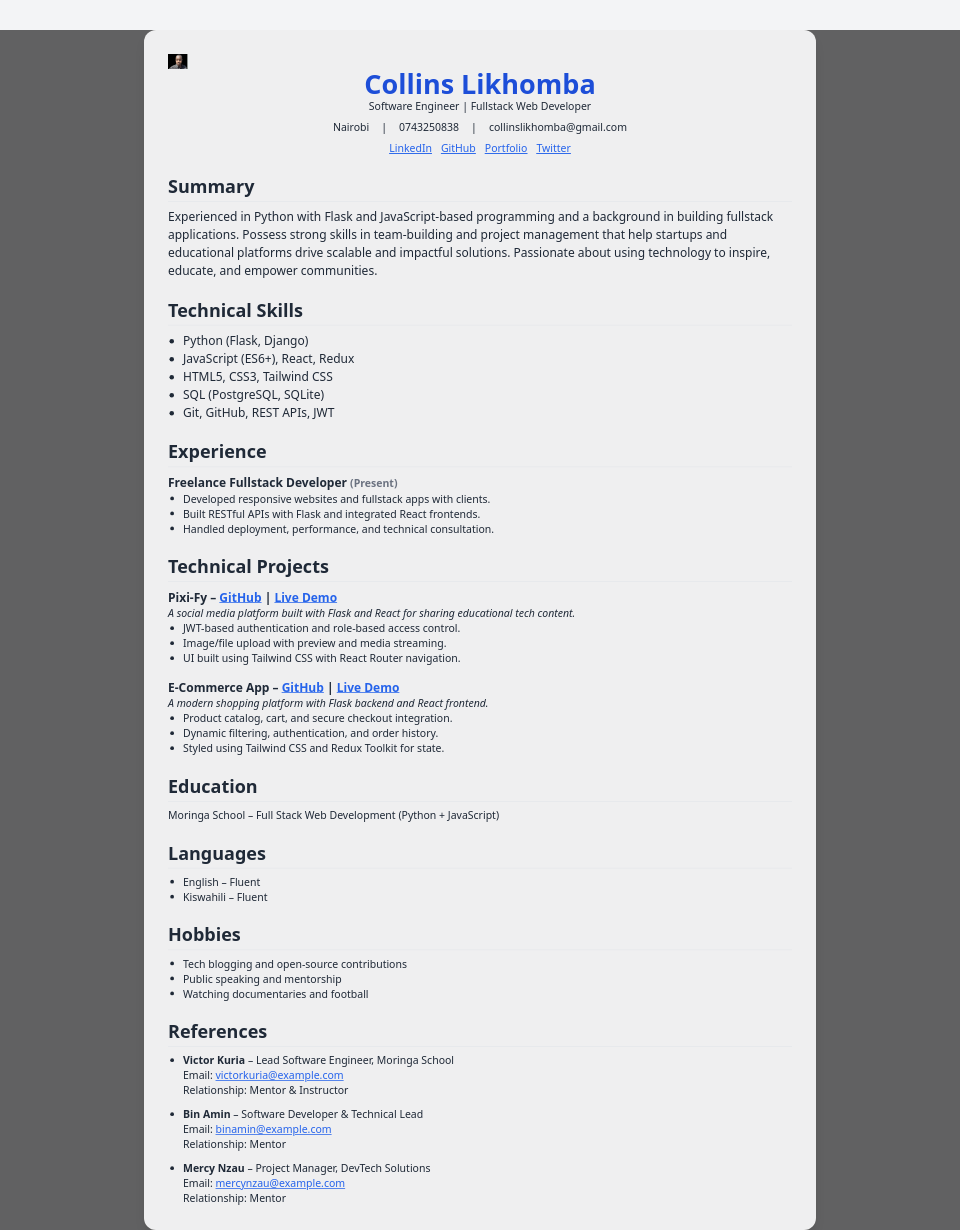
Repository: Engineer-collo/My_Cv
Page: /
The author's editor kept a copy of each file at every save. The page is drawn from the files as they stood at one save, then again after the next save.
The browser window is 1280 px wide. The pictures show the whole page, at 75% of full size.
The project was rebuilt for these pictures with package versions that can differ from the ones it lists, and the page was loaded fresh each time. Also part of the build but not shown: vite.config.js.

Above is the page before, as saved 2025-06-24 17:39:34.

### index.html
<!DOCTYPE html>
<html lang="en">
<head>
  <meta charset="UTF-8">
  <meta name="viewport" content="width=device-width, initial-scale=1.0">
  <title>React Vite Starter</title>
</head>
<body class="bg-gray-100">
  <div id="root"></div>
  <script type="module" src="/src/main.jsx"></script>
</body>
</html>

### src/main.jsx
import React from 'react'
import ReactDOM from 'react-dom/client'
import './index.css'
import App from './App'

ReactDOM.createRoot(document.getElementById('root')).render(
  <React.StrictMode>
    <App />
  </React.StrictMode>,
)

### src/App.jsx
import React from "react";

export default function App() {
  return (
    <div className="min-h-screen relative bg-gray-100 bg-cover bg-center bg-no-repeat">
      {/* Background overlay */}
      <div className="absolute inset-0 bg-black bg-opacity-60"></div>

      {/* Main content container */}
      <div className="relative z-10 max-w-4xl mx-auto bg-white bg-opacity-90 rounded-2xl shadow-lg p-8 mt-10 text-gray-800 font-sans">
        <header className="text-center mb-6">
        <img
            className="h-5 transition-transform duration-300 transform hover:scale-110"
            src="/image.png"
            alt="Call Icon"
          />
          <h1 className="text-4xl font-bold text-blue-700">Collins Likhomba</h1>
          <p className="text-sm">Software Engineer | Fullstack Web Developer</p>

          <div className="flex justify-center mt-2 space-x-4 text-sm">
            <span>Nairobi</span>
            <span>|</span>
            <span>0743250838</span>
            <span>|</span>
            <span>collinslikhomba@gmail.com</span>
          </div>

          <div className="flex justify-center mt-2 flex-wrap gap-3 text-blue-600 underline text-sm">
            <a href="https://www.linkedin.com/in/collins-likhomba-7b364730a/" target="_blank" rel="noreferrer">LinkedIn</a>
            <a href="https://github.com/Engineer-collo?tab=repositories" target="_blank" rel="noreferrer">GitHub</a>
            {/* <a href="https://collinslikhomba.dev/blog" target="_blank" rel="noreferrer">Blog</a> */}
            <a href="https://portfolio-git-main-collins-likhombas-projects.vercel.app/" target="_blank" rel="noreferrer">Portfolio</a>
            {/* <a href="https://web.facebook.com/collins.likhomba.shunza" target="_blank" rel="noreferrer">Facebook</a> */}
            <a href="https://x.com/CollinsLikhomba" target="_blank" rel="noreferrer">Twitter</a>
          </div>
        </header>

        <section className="mb-6">
          <h2 className="text-2xl font-semibold border-b pb-1 mb-2">Summary</h2>
          <p>
            Experienced in Python with Flask and JavaScript-based programming and a background in building fullstack applications. Possess strong skills in team-building and project management that help startups and educational platforms drive scalable and impactful solutions. Passionate about using technology to inspire, educate, and empower communities.
          </p>
        </section>

        <section className="mb-6">
          <h2 className="text-2xl font-semibold border-b pb-1 mb-2">Technical Skills</h2>
          <ul className="list-disc pl-5">
            <li>Python (Flask, Django)</li>
            <li>JavaScript (ES6+), React, Redux</li>
            <li>HTML5, CSS3, Tailwind CSS</li>
            <li>SQL (PostgreSQL, SQLite)</li>
            <li>Git, GitHub, REST APIs, JWT</li>
          </ul>
        </section>

        <section className="mb-6">
          <h2 className="text-2xl font-semibold border-b pb-1 mb-2">Experience</h2>
          <div>
            <h3 className="font-semibold">Freelance Fullstack Developer <span className="text-sm text-gray-500">(Present)</span></h3>
            <ul className="list-disc pl-5 text-sm">
              <li>Developed responsive websites and fullstack apps with clients.</li>
              <li>Built RESTful APIs with Flask and integrated React frontends.</li>
              <li>Handled deployment, performance, and technical consultation.</li>
            </ul>
          </div>
        </section>

        <section className="mb-6">
          <h2 className="text-2xl font-semibold border-b pb-1 mb-2">Technical Projects</h2>

          {/* Pixi-Fy Project */}
          <div className="mb-4">
            <h3 className="font-semibold">
              Pixi-Fy –{" "}
              <a
                href="https://github.com/Engineer-collo/Pixi-fy"
                target="_blank"
                className="text-blue-600 underline"
                rel="noreferrer"
              >
                GitHub
              </a>
              {" | "}
              <a
                href="https://pixi-fy-hrmt.vercel.app/"
                target="_blank"
                className="text-blue-600 underline"
                rel="noreferrer"
              >
                Live Demo
              </a>
            </h3>
            <p className="text-sm italic">
              A social media platform built with Flask and React for sharing educational tech content.
            </p>
            <ul className="list-disc pl-5 text-sm">
              <li>JWT-based authentication and role-based access control.</li>
              <li>Image/file upload with preview and media streaming.</li>
              <li>UI built using Tailwind CSS with React Router navigation.</li>
            </ul>
          </div>

          {/* E-Commerce Project */}
          <div className="mb-4">
            <h3 className="font-semibold">
              E-Commerce App –{" "}
              <a
                href="https://github.com/Engineer-collo/Modern-Ecommerce-Application"
                target="_blank"
                className="text-blue-600 underline"
                rel="noreferrer"
              >
                GitHub
              </a>
              {" | "}
              <a
                href="https://modern-ecommerce-application-v2qd.vercel.app/"
                target="_blank"
                className="text-blue-600 underline"
                rel="noreferrer"
              >
                Live Demo
              </a>
            </h3>
            <p className="text-sm italic">
              A modern shopping platform with Flask backend and React frontend.
            </p>
            <ul className="list-disc pl-5 text-sm">
              <li>Product catalog, cart, and secure checkout integration.</li>
              <li>Dynamic filtering, authentication, and order history.</li>
              <li>Styled using Tailwind CSS and Redux Toolkit for state.</li>
            </ul>
          </div>
        </section>

        <section className="mb-6">
          <h2 className="text-2xl font-semibold border-b pb-1 mb-2">Education</h2>
          <p className="text-sm">Moringa School – Full Stack Web Development (Python + JavaScript)</p>
        </section>

        <section className="mb-6">
          <h2 className="text-2xl font-semibold border-b pb-1 mb-2">Languages</h2>
          <ul className="list-disc pl-5 text-sm">
            <li>English – Fluent</li>
            <li>Kiswahili – Fluent</li>
          </ul>
        </section>

        <section className="mb-6">
          <h2 className="text-2xl font-semibold border-b pb-1 mb-2">Hobbies</h2>
          <ul className="list-disc pl-5 text-sm">
            <li>Tech blogging and open-source contributions</li>
            <li>Public speaking and mentorship</li>
            <li>Watching documentaries and football</li>
          </ul>
        </section>

        <section>
          <h2 className="text-2xl font-semibold border-b pb-1 mb-2">References</h2>
          <ul className="text-sm list-disc pl-5 space-y-3">
            <li>
              <span className="font-semibold">Victor Kuria</span> – Lead Software Engineer, Moringa School<br />
              Email: <a href="mailto:victorkuria@example.com" className="text-blue-600 underline">victorkuria@example.com</a><br />
              Relationship: Mentor & Instructor
            </li>
            <li>
              <span className="font-semibold">Bin Amin</span> – Software Developer & Technical Lead<br />
              Email: <a href="mailto:binamin@example.com" className="text-blue-600 underline">binamin@example.com</a><br />
              Relationship: Mentor
            </li>
            <li>
              <span className="font-semibold">Mercy Nzau</span> – Project Manager, DevTech Solutions<br />
              Email: <a href="mailto:mercynzau@example.com" className="text-blue-600 underline">mercynzau@example.com</a><br />
              Relationship: Mentor
            </li>
          </ul>
        </section>
      </div>
    </div>
  );
}

Loaded but not shown: src/index.css (common file); tailwind.config.js (common file)

After the next save:
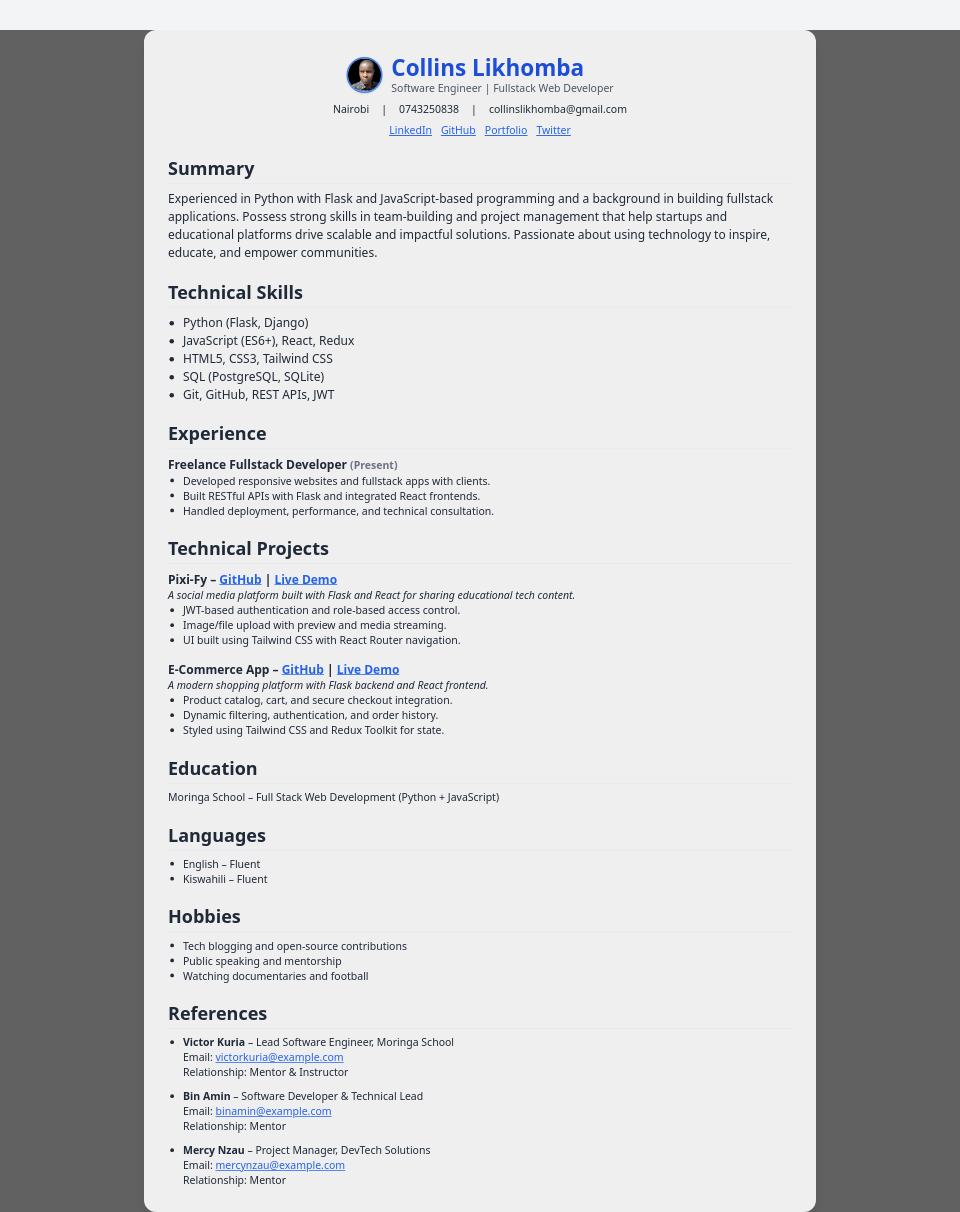
Saved 3 min 11 s later.
--- a/src/App.jsx
+++ b/src/App.jsx
@@ -8,32 +8,62 @@ export default function App() {
 
       {/* Main content container */}
       <div className="relative z-10 max-w-4xl mx-auto bg-white bg-opacity-90 rounded-2xl shadow-lg p-8 mt-10 text-gray-800 font-sans">
-        <header className="text-center mb-6">
-        <img
-            className="h-5 transition-transform duration-300 transform hover:scale-110"
-            src="/image.png"
-            alt="Call Icon"
-          />
-          <h1 className="text-4xl font-bold text-blue-700">Collins Likhomba</h1>
-          <p className="text-sm">Software Engineer | Fullstack Web Developer</p>
-
-          <div className="flex justify-center mt-2 space-x-4 text-sm">
-            <span>Nairobi</span>
-            <span>|</span>
-            <span>0743250838</span>
-            <span>|</span>
-            <span>collinslikhomba@gmail.com</span>
-          </div>
-
-          <div className="flex justify-center mt-2 flex-wrap gap-3 text-blue-600 underline text-sm">
-            <a href="https://www.linkedin.com/in/collins-likhomba-7b364730a/" target="_blank" rel="noreferrer">LinkedIn</a>
-            <a href="https://github.com/Engineer-collo?tab=repositories" target="_blank" rel="noreferrer">GitHub</a>
-            {/* <a href="https://collinslikhomba.dev/blog" target="_blank" rel="noreferrer">Blog</a> */}
-            <a href="https://portfolio-git-main-collins-likhombas-projects.vercel.app/" target="_blank" rel="noreferrer">Portfolio</a>
-            {/* <a href="https://web.facebook.com/collins.likhomba.shunza" target="_blank" rel="noreferrer">Facebook</a> */}
-            <a href="https://x.com/CollinsLikhomba" target="_blank" rel="noreferrer">Twitter</a>
-          </div>
-        </header>
+      <header className="text-center mb-6">
+  <div className="flex justify-center items-center gap-3 mb-2">
+    <img
+      className="h-12 w-12 rounded-full object-cover border-2 border-blue-500 shadow"
+      src="/image.png"
+      alt="Engineer Collins Logo"
+    />
+    <div className="text-left">
+      <h1 className="text-2xl md:text-3xl font-bold text-blue-700">
+        Collins Likhomba
+      </h1>
+      <p className="text-sm text-gray-600">
+        Software Engineer | Fullstack Web Developer
+      </p>
+    </div>
+  </div>
+
+  <div className="flex justify-center mt-2 space-x-4 text-sm">
+    <span>Nairobi</span>
+    <span>|</span>
+    <span>0743250838</span>
+    <span>|</span>
+    <span>collinslikhomba@gmail.com</span>
+  </div>
+
+  <div className="flex justify-center mt-2 flex-wrap gap-3 text-blue-600 underline text-sm">
+    <a
+      href="https://www.linkedin.com/in/collins-likhomba-7b364730a/"
+      target="_blank"
+      rel="noreferrer"
+    >
+      LinkedIn
+    </a>
+    <a
+      href="https://github.com/Engineer-collo?tab=repositories"
+      target="_blank"
+      rel="noreferrer"
+    >
+      GitHub
+    </a>
+    <a
+      href="https://portfolio-git-main-collins-likhombas-projects.vercel.app/"
+      target="_blank"
+      rel="noreferrer"
+    >
+      Portfolio
+    </a>
+    <a
+      href="https://x.com/CollinsLikhomba"
+      target="_blank"
+      rel="noreferrer"
+    >
+      Twitter
+    </a>
+  </div>
+</header>
 
         <section className="mb-6">
           <h2 className="text-2xl font-semibold border-b pb-1 mb-2">Summary</h2>
